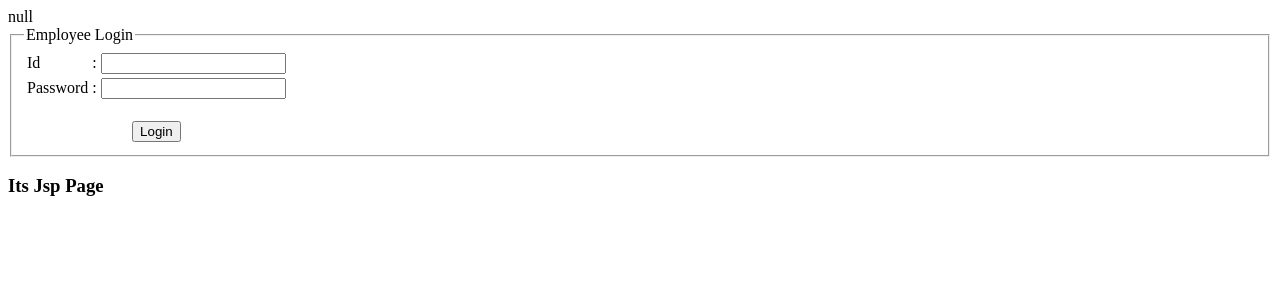
Repository: MamathaManchala/TY_CG_HTD_BangloreNovember_JFS_MamathaManchala
Page: http://localhost/mywebapp/loginForm
An editor plug-in stored every save of this project. The page is shown before and after the next save, followed by the edit.
The browser window is 1280 px wide. The pictures show the whole page.
The page is served by Tomcat 9.

Above is the page before, as saved 2019-12-17 13:15:14.

After the next save:
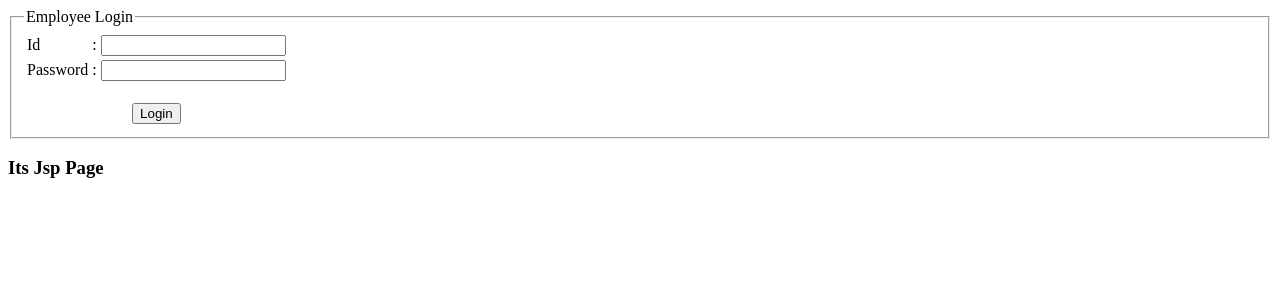
Saved 4 min 31 s later.
--- a/BackEnd/servelets/mywebapp/src/main/webapp/loginForm.jsp
+++ b/BackEnd/servelets/mywebapp/src/main/webapp/loginForm.jsp
@@ -11,7 +11,9 @@
 </head>
 <body>
 
+<%if(msg != null && !msg.isEmpty()) { %>
 <%=msg %>
+<% } %>
 <fieldset>
 		<legend>Employee Login</legend>
 		<form action="./login2" method="post">
